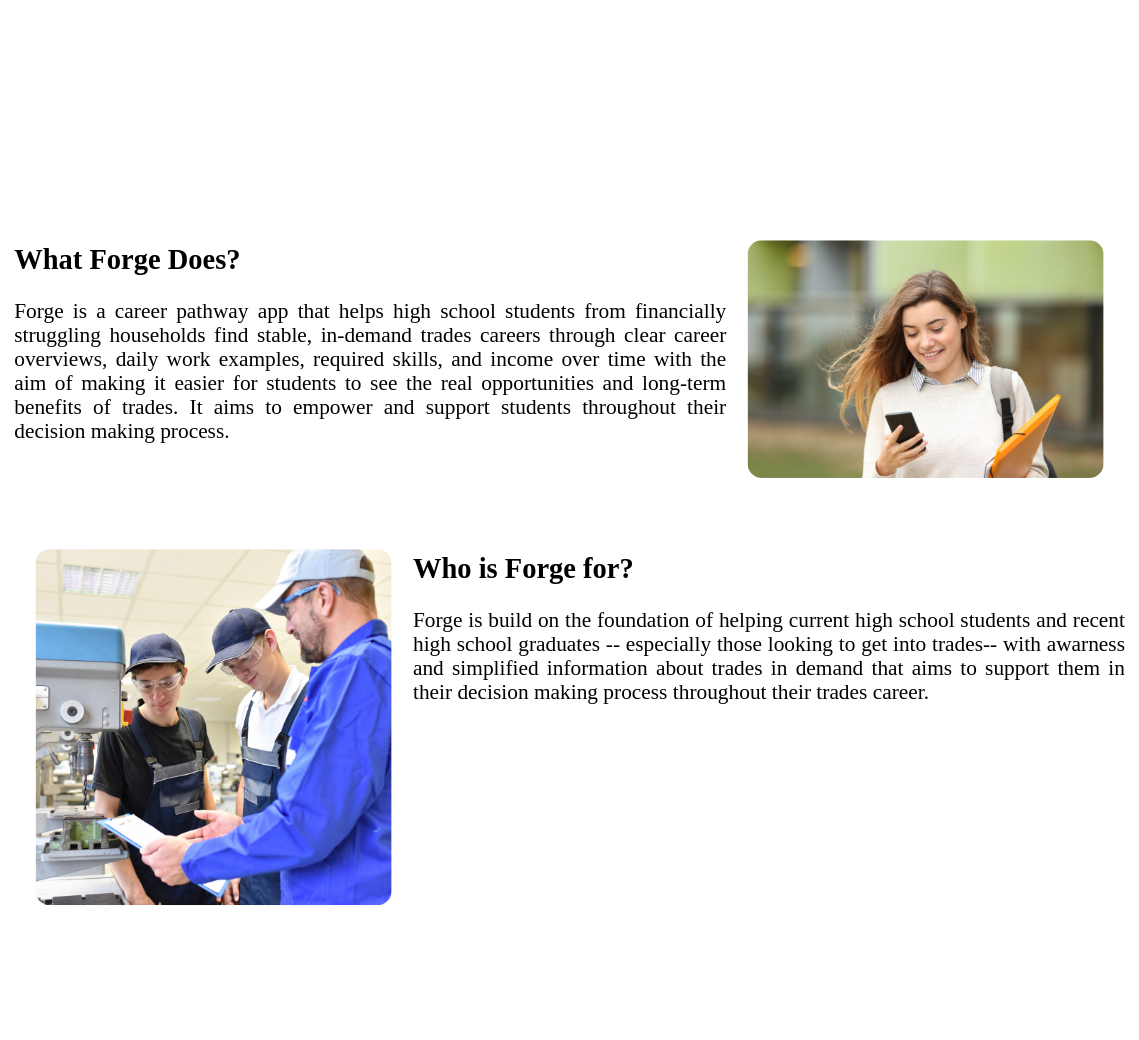
Repository: Forge-IDSP/Blog
Page: /aboutUs
These files come from the project's save history. The page is drawn as it stood at one moment and after the next save; the edit follows.
The browser window is 1280 px wide. The pictures show the whole page, at 89% of full size.
The project was rebuilt for these pictures with package versions that can differ from the ones it lists, and the page was loaded fresh each time. Also part of the build but not shown: vite.config.js, src/index.css, src/ui/card/card.module.css, src/ui/card/card.jsx, src/pages/home.jsx, src/pages/blogpost.module.css, src/pages/week1.jsx, src/pages/week2.jsx and 5 more.

Above is the page before, as saved 2025-10-27 12:54:49.

### index.html
<!DOCTYPE html>
<html lang="en">
    <head>
        <meta charset="UTF-8" />
        <link
            rel="icon"
            type="image/svg+xml"
            href="/vite.svg" />
        <meta
            name="viewport"
            content="width=device-width, initial-scale=1.0" />
        <title>Forge Blog</title>
    </head>
    <body>
        <div id="root"></div>
        <script
            type="module"
            src="/src/main.jsx"></script>
    </body>
</html>

### src/App.jsx
import { BrowserRouter as Router, Routes, Route } from "react-router-dom";
import Home from "./pages/home.jsx";
import Week1 from "./pages/week1.jsx";
import Week2 from "./pages/week2.jsx";
import Week3 from "./pages/week3.jsx";
import Week4 from "./pages/week4.jsx";
import Week5 from "./pages/week5.jsx";
import AboutUs from "./pages/aboutUs.jsx";
import ContactUs from "./pages/contactUs.jsx";

export default function App() {
    return (
        <Router>
            <Routes>
                <Route
                    path='/'
                    element={<Home />}
                />
                <Route
                    path='/week1'
                    element={<Week1 />}
                />
                <Route
                    path='/week2'
                    element={<Week2 />}
                />
                <Route
                    path='/week3'
                    element={<Week3 />}
                />
                <Route
                    path='/week4'
                    element={<Week4 />}
                />
                <Route
                    path='/week5'
                    element={<Week5 />}
                />
                <Route
                    path='/aboutUs'
                    element={<AboutUs />}
                />
                <Route
                    path='/contactUs'
                    element={<ContactUs />}
                />
            </Routes>
        </Router>
    );
}

### src/pages/aboutUs.jsx
import { useEffect } from "react";
import Header from "../ui/header/header";
import Footer from "../ui/footer/footer";
import "./aboutUs.css";

function AboutUs() {
    useEffect(() => {
        const sections = document.querySelectorAll(".sub_section");
        const observer = new IntersectionObserver(
            (entries) => {
                entries.forEach((entry, i) => {
                    if (entry.isIntersecting) {
                        setTimeout(() => {
                            entry.target.classList.add("show");
                        }, i * 300); // staggered delay
                    }
                });
            },
            { threshold: 0.2 }
        );

        sections.forEach((section) => observer.observe(section));

        return () => sections.forEach((section) => observer.unobserve(section));
    }, []);
    return (
        <div className='page'>
            <Header />

            <h1 className='title'>About Us</h1>

            <div className='sub_section row_regular'>
                <div className='sub_section_excerpts'>
                    <h2 className='section_header left_text'>
                        What Forge Does?
                    </h2>
                    <p className='section_description'>
                        Forge is a career pathway app that helps high school
                        students from financially struggling households find
                        stable, in-demand trades careers through clear career
                        overviews, daily work examples, required skills, and
                        income over time with the aim of making it easier for
                        students to see the real opportunities and long-term
                        benefits of trades. It aims to empower and support
                        students throughout their decision making process.
                    </p>
                </div>
                <img
                    src='/app-using.jpg'
                    alt='/'
                    className='section_image'></img>
            </div>
            <div className='sub_section row_reverse'>
                <div className='sub_section_excerpts'>
                    <h2 className='section_header left_text'>
                        Who is Forge for?
                    </h2>
                    <p className='section_description'>
                        Forge is build on the foundation of helping current high
                        school students and recent high school graduates --
                        especially those looking to get into trades-- with
                        awarness and simplified information about trades in
                        demand that aims to support them in their decision
                        making process throughout their trades career.
                    </p>
                </div>
                <img
                    src='/trades-student.jpg'
                    alt='/'
                    className='section_image'></img>
            </div>
            {/* <div className='sub_section'>
                <h2 className='section_header'>Our Core Values</h2>
                <div className='excerpt_container'>
                    <div className='excerpt_section'>
                        <img
                            src='/Camera.svg'
                            alt='/'></img>
                        <h3 className='section_header'>Empowerment</h3>
                        <p className='section_description'>
                            We believe tradespeople should have the tools and
                            guidance to take control of their own careers —
                            building businesses that reflect their skills and
                            ambitions.
                        </p>
                    </div>
                    <div className='excerpt_section'>
                        <img
                            src='/Camera.svg'
                            alt='/'></img>
                        <h3 className='section_header'>Connection</h3>
                        <p className='section_description'>
                            Forge bridges the gap between tradespeople, small
                            businesses, and local communities by creating
                            opportunities for collaboration and growth.
                        </p>
                    </div>
                    <div className='excerpt_section'>
                        <img
                            src='/Camera.svg'
                            alt='/'></img>
                        <h3 className='section_header'>
                            Independence & Safety
                        </h3>
                        <p className='section_description'>
                            Our platform provides a safer alternative to
                            traditional workplaces, helping tradespeople avoid
                            toxic environments while fostering independence and
                            long-term sustainability.
                        </p>
                    </div>
                </div>
            </div> */}

            <Footer />
        </div>
    );
}

export default AboutUs;

### src/ui/header/header.jsx
import style from "./header.module.css";
import { Link } from "react-router-dom";

function Header() {
    return (
        <div className={style.header}>
            <img
                src='/forge-logo.svg'
                alt='Forge Logo'
                className={style.logo}></img>
            <nav className={style.menu}>
                <a
                    className={style.menu_item}
                    href='/'>
                    Home
                </a>
                <Link
                    className={style.menu_item}
                    to='/AboutUs'>
                    About Us
                </Link>

                <Link
                    to='/ContactUs'
                    className={style.menu_item}>
                    Contact
                </Link>
            </nav>
        </div>
    );
}

export default Header;

### src/ui/footer/footer.jsx
import styles from "./footer.module.css";

function Footer() {
    const currentYear = new Date().getFullYear();

    return (
        <footer className={styles.footer}>
            <p className={styles.footer__text}>© {currentYear} Forge Blog</p>
        </footer>
    );
}

export default Footer;

### src/App.css
#root {
    /* ----- COLORS ----- */
    --primary-50: #fff1e6;
    --primary-100: #ffd4b0;
    --primary-200: #ffbf8a;
    --primary-300: #ffa155;
    --primary-400: #ff8f34;
    --primary-500: #ff7301;
    --primary-600: #e86901;
    --primary-700: #b55201;
    --primary-800: #8c3f01;
    --primary-900: #6b3000;

    --secondary-50: #eefae6;
    --secondary-100: #cbefb1;
    --secondary-200: #b2e88b;
    --secondary-300: #8fdd55;
    --secondary-400: #79d635;
    --secondary-500: #58cc02;
    --secondary-600: #50ba02;
    --secondary-700: #3e9101;
    --secondary-800: #307001;
    --secondary-900: #255601;

    /* -- neutral colors -- */

    --offwhite-500: #f9f9f9;
    --white: #ffffff;
    --black-50: #eaeaea;
    --black-100: #bebebd;
    --black-200: #9e9e9d;
    --black-300: #727271;
    --black-400: #575655;
    --black-500: #2d2c2b;
}

body,
html {
    margin: 0 auto;
    padding: 1rem;
    text-align: center;
    height: 100%;
    margin: 0;
    padding: 0;
    background-color: var(--offwhite-500);
    color: var(--black-500);
    display: flex;
    flex-direction: column;
}

#root,
.page {
    background-color: var(--black);
    margin-bottom: 2rem;
}

.page {
    display: flex;
    flex-direction: column;
}

.title {
    font-size: 5rem;
    color: var(--white);
    line-height: 5rem;
    margin-bottom: 1rem;
}

.subtitle {
    font-size: 2rem;
}

.post_container {
    display: grid;
    grid-template-columns: repeat(3, 1fr);
    gap: 2rem;
    background-color: var(--dark-grey);
    padding: 3rem;
    border-radius: 16px;
    align-items: center;
    justify-content: center;
    justify-items: center;
    margin-bottom: 2rem;
    margin-top: 2rem;
}

/* Tablet: 2 columns */
@media (max-width: 1300px) {
    .post_container {
        grid-template-columns: repeat(2, 1fr);
        padding: 1.5rem;
        gap: 1.5rem;
    }
}

/* Mobile: 1 column */
@media (max-width: 600px) {
    .post_container {
        grid-template-columns: 1fr;
        padding: 1rem;
        gap: 1rem;
    }
}

### src/pages/aboutUs.css
/* Top Bar Header Styling */

.cover_image {
    width: 80%;
    height: auto;
    padding: 16px;
    align-self: center;
    border-radius: var(--space-regular);
}

/* Text Section Styling  */
.sub_section {
    background-color: var(--dark-grey);
    margin: 16px;
    border-radius: 10px;
    padding: var(--space-regular);
    align-self: center;
    display: grid;
    grid-template-columns: repeat(2, 1fr);
}

.left_text {
    text-align: left;
}

.right_text {
    text-align: right;
}
.row_regular {
    display: flex;
    flex-direction: row;
}
.row_reverse {
    display: flex;
    flex-direction: row-reverse;
}
.section_image {
    width: 400px;
    height: auto;
    margin: 24px;
    border-radius: 16px;
}
.section_header {
    font-size: 32px;
}

.section_description {
    text-align: justify;
    font-size: 24px;
}

/* Meet the team styling */

.team_section {
    display: flex;
    flex-direction: row;
    justify-content: space-between;
}

/* Core Values section */

.excerpt_container {
    display: grid;
    grid-template-columns: repeat(3, 1fr);
}
.excerpt_section {
    padding: 16px;
}
.excerpt_description {
    text-align: justify;
}

/* Animations */
.sub_section {
    opacity: 0;
    transform: translateY(50px);
    transition: all 0.6s ease;
}
.sub_section.show {
    opacity: 1;
    transform: translateY(0);
}

### src/ui/header/header.module.css
.header {
    background-color: var(--dark-grey);
    display: flex;
    justify-content: space-between;
    align-items: center;
    padding: 1rem 3rem;
    border-radius: 16px;
}

.logo {
    width: 10rem;
}

.menu {
    display: flex;
    gap: rem;
}

.menu_item {
    font-size: 1.2rem;
    text-decoration: none;
    color: var(--white);
    font-family: "Trebuchet MS", "Lucida Sans Unicode", "Lucida Grande",
        "Lucida Sans", Arial, sans-serif;
    padding: 0.8rem;
}

.menu_item:hover {
    background-color: var(--color-primary-dark);
    padding: 0.8rem;
    border-radius: 8px;
}

### src/ui/footer/footer.module.css
.footer {
    width: 100%;
    height: 5em;
    display: flex;
    justify-content: center;
    align-items: center;
    background-color: var(--dark-grey);
    margin-top: auto;
    border-radius: 16px;
}

.footer__text {
    color: var(--white);
    font-size: 16px;
    text-align: center;
    margin: 0;
}

Loaded but not shown: src/main.jsx (common file)

After the next save:
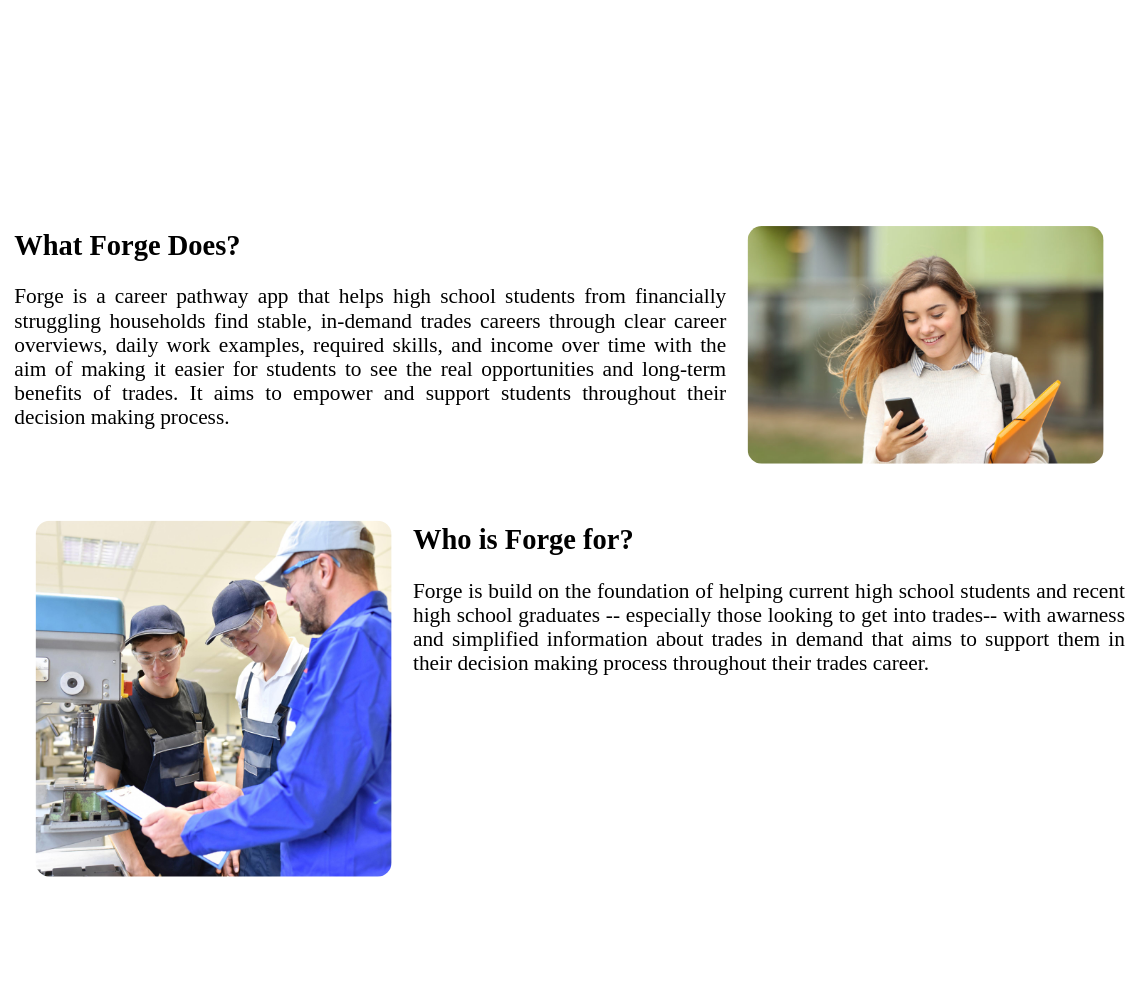
Saved 6 s later.
--- a/src/App.css
+++ b/src/App.css
@@ -48,17 +48,6 @@ html {
     flex-direction: column;
 }
 
-#root,
-.page {
-    background-color: var(--black);
-    margin-bottom: 2rem;
-}
-
-.page {
-    display: flex;
-    flex-direction: column;
-}
-
 .title {
     font-size: 5rem;
     color: var(--white);
